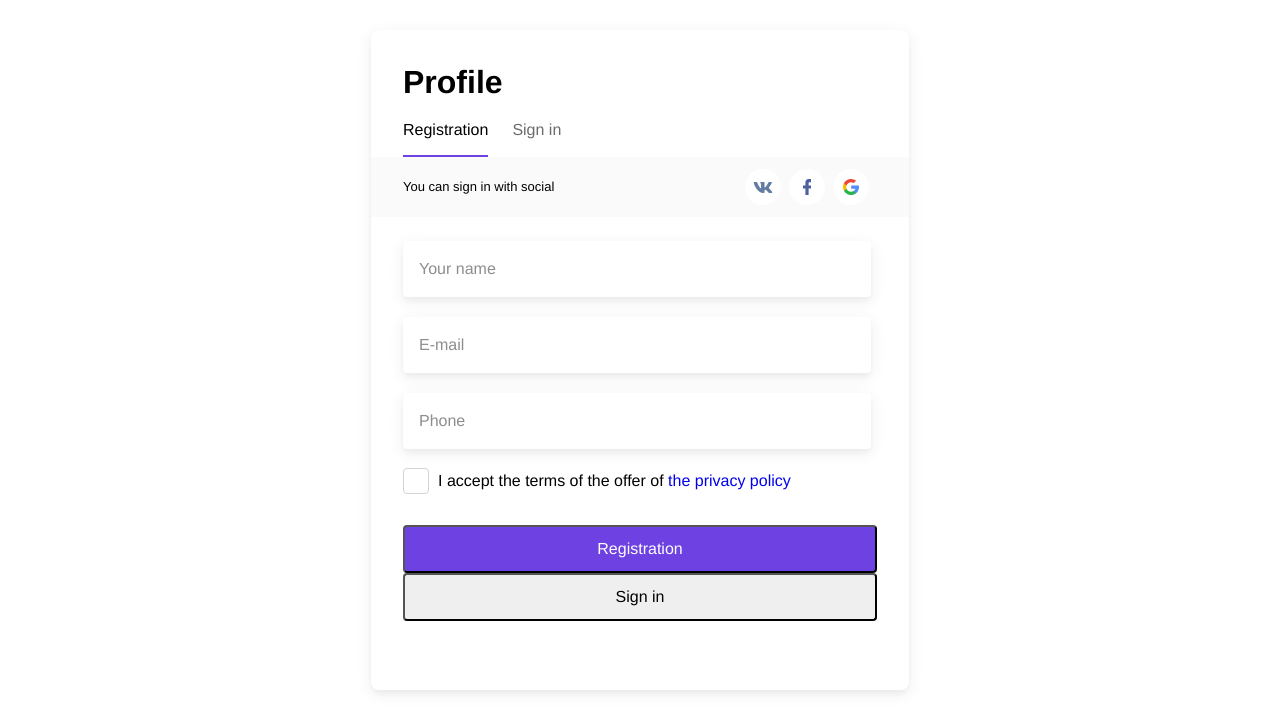
Repository: skydevil1604/vue-test-app
Page: /
These files come from the project's save history. The page is drawn as it stood at one moment and after the next save; the edit follows.
The browser window is 1280 px wide. The pictures show the whole page.
The project was rebuilt for these pictures with package versions that can differ from the ones it lists, and the page was loaded fresh each time.

Above is the page before, as saved 2020-04-06 15:53:35.

### public/index.html
<!DOCTYPE html>
<html lang="en">
  <head>
    <meta charset="utf-8">
    <meta http-equiv="X-UA-Compatible" content="IE=edge">
    <meta name="viewport" content="width=device-width,initial-scale=1.0">
    <link rel="icon" href="<%= BASE_URL %>favicon.ico">
    <link rel="stylesheet" href="../src/assets/normalize.css">
    <title><%= htmlWebpackPlugin.options.title %></title>
  </head>
  <body>
    <noscript>
      <strong>We're sorry but <%= htmlWebpackPlugin.options.title %> doesn't work properly without JavaScript enabled. Please enable it to continue.</strong>
    </noscript>
    <div id="app"></div>
    <!-- built files will be auto injected -->
  </body>
</html>

### src/App.vue
<template>
  <div id="app">
    <AuthenticationForm />
  </div>
</template>

<script>
import AuthenticationForm from './components/AuthenticationForm';

export default {
  name: 'App',
  components: {
    AuthenticationForm
  }
}
</script>

<style>
#app {
  font-family: Avenir, Helvetica, Arial, sans-serif;
  -webkit-font-smoothing: antialiased;
  -moz-osx-font-smoothing: grayscale;
  text-align: center;
  display: flex;
  height: 100vh;
}
</style>

### src/components/AuthenticationForm.vue
<template>
    <div class="authentication">
        <h1 class="authentication__header">Profile</h1>
        <Tabs>
            <Tab name="Registration">
                <RegistrationComponent />
            </Tab>
            <Tab name="Sign in">
                <LoginComponent :validate="false"/>
            </Tab>
        </Tabs>
    </div>
</template>
<script>
import Tabs from '@/components/Tabs';
import Tab from '@/components/Tab';
import LoginComponent from '@/components/Login';
import RegistrationComponent from '@/components/Registration';

export default {
    name: 'AuthenticationForm',
    components: {
        Tabs,
        Tab,
        LoginComponent,
        RegistrationComponent,
    }
}
</script>

<style lang="scss" scoped>
    .authentication {
        margin: auto;
        width: 474px;
        height: 628px;
        background: #FFFFFF;
        box-shadow: 0px 4px 16px rgba(51, 51, 51, 0.08), 0px 4px 4px rgba(51, 51, 51, 0.04);
        border-radius: 8px;
        padding-top: 32px;
        padding-left: 32px;
        padding-right: 32px;

            &__header {
                text-align: left;
                font-style: normal;
                font-weight: bold;
                font-size: 32px;
                line-height: 40px;
                margin: 0;
            }
    }
</style>

### src/components/Tabs.vue
<template>
    <div class="tabs">
        <ul class="tabs__list">
            <li
                v-for="(item, index) in items"
                :key="index"
                :class="item.active ? 'tabs__listitem tabs__listitem--active': 'tabs__listitem'"
                >
                <a
                    :href="item.hash"
                    class="tabs__itemlink"
                    v-text="item.name"
                    @click.prevent="showTab(item.hash)">
                </a>
            </li>
        </ul>
        <section class="tabs__content">
            <slot />
        </section>
    </div>
</template>
<script>
export default {
    name: 'Tabs',
    data() {
        return {
            items: [],
            selected: '',
        }
    },
    methods: {
        showTab(target) {
            this.items.forEach(item => item.active = (item.hash === target))
        },
    },
    created() {
        this.items = this.$children
    },
    mounted() {
        const startItem = this.items.findIndex(item => item.start)
        this.items[startItem > 0 ? startItem : 0].active = true;
    }
}
</script>
<style lang="scss" scoped>
.tabs {
    display: flex;
    flex-direction: column;
    &__list {
        display: flex;
        flex-direction: row;
        padding: 0;
        margin-bottom: 0;
        list-style-type: none;
    }
    &__listitem {
        min-width: 50px;
        color: black;
        font-size: 16px;
        line-height: 24px;
        padding-bottom: 15px;
        color: #6B6B6B;
        &--active {
            border-top-width: 6px;
            color: black;
            box-shadow: inset 0px -2px 0px #6E41E2;
        }
        &:first-child {
            border-top-left-radius: 5px;
            margin-right: 24px;
        }
        &:last-child {
            border-top-right-radius: 5px;
        }
    }
    &__itemlink {
        flex: 1;
        display: flex;
        align-items: center;
        text-decoration: none;
        font-size: inherit;
        color: inherit;
    }
}
</style>

### src/components/Tab.vue
<template>
    <div
        :id="hash"
        v-show="active">
        <slot />
    </div>
</template>
<script>
export default {
    name: 'Tab',
    props: {
        name: {
            type: String,
            required: true,
        },
        start: {
            type: Boolean,
            default: false,
        },
    },
    data() {
        return {
            active: false,
        }
    },
    computed: {
        hash() {
            return '%23' + this.name.toLowerCase().replace(/ /g, '-');
        },
    },
}
</script>

### src/components/Login.vue
<template>
  <div class="form-wrapper">
    <div class="social">
      <div class="social__text">You can sign in with social</div>
      <div class="social__items">
        <a class="social__item social__item--vkontakte" href="#">
          <svg width="20" height="11" viewBox="0 0 20 11" fill="none" xmlns="http://www.w3.org/2000/svg">
            <path d="M18.8002 0.74C18.9302 0.32 18.8002 0 18.1802 0H16.1602C15.6402 0 15.4102 0.27 15.2802 0.57C15.2802 0.57 14.2502 3.08 12.7902 4.72C12.3102 5.19 12.1002 5.34 11.8402 5.34C11.7102 5.34 11.5002 5.19 11.5002 4.76V0.74C11.5002 0.23 11.3802 0 10.9502 0H7.7602C7.4402 0 7.2502 0.24 7.2502 0.47C7.2502 0.95 8.0002 1.07 8.0502 2.44V5.42C8.0502 6.08 7.9302 6.2 7.6802 6.2C7.0002 6.2 5.3202 3.67 4.3302 0.79C4.1302 0.23 3.9402 0 3.4202 0H1.3902C0.820195 0 0.700195 0.27 0.700195 0.57C0.700195 1.11 1.3902 3.77 3.9002 7.29C5.5702 9.7 7.9302 11 10.0802 11C11.3702 11 11.5302 10.71 11.5302 10.21V8.39C11.5302 7.82 11.6502 7.7 12.0602 7.7C12.3602 7.7 12.8702 7.85 14.0702 9C15.4502 10.38 15.6702 11 16.4502 11H18.4702C19.0502 11 19.3402 10.71 19.1802 10.14C19.0002 9.57 18.3402 8.74 17.4702 7.76C17.0002 7.21 16.2902 6.61 16.0702 6.3C15.7702 5.92 15.8602 5.75 16.0702 5.4C16.0702 5.4 18.5402 1.93 18.8002 0.74Z" fill="#627DA1"/>
          </svg>
        </a>
        <a class="social__item social__item--facebook" href="#">
          <svg width="8" height="16" viewBox="0 0 8 16" fill="none" xmlns="http://www.w3.org/2000/svg">
            <path d="M8 0V3.2H6.4C5.848 3.2 5.6 3.848 5.6 4.4V6.4H8V9.6H5.6V16H2.4V9.6H0V6.4H2.4V3.2C2.4 2.35131 2.73714 1.53737 3.33726 0.937258C3.93737 0.337142 4.75131 0 5.6 0H8Z" fill="#4B629E"/>
          </svg>
        </a>
        <a class="social__item social__item--google" href="#">
          <svg width="24" height="24" viewBox="0 0 24 24" fill="none" xmlns="http://www.w3.org/2000/svg">
            <rect x="4" y="4" width="15.9995" height="15.9998" fill="white" fill-opacity="0.01"/>
            <path d="M7.54632 13.6683L6.9894 15.7474L4.95387 15.7905C4.34554 14.6621 4.00049 13.3712 4.00049 11.9993C4.00049 10.6727 4.3231 9.42177 4.89496 8.32025H4.8954L6.70759 8.6525L7.50144 10.4538C7.33529 10.9382 7.24473 11.4582 7.24473 11.9993C7.2448 12.5866 7.35117 13.1492 7.54632 13.6683Z" fill="#FBBB00"/>
            <path d="M19.8604 10.5052C19.9523 10.9891 20.0002 11.4889 20.0002 11.9997C20.0002 12.5724 19.9399 13.1311 19.8252 13.67C19.4358 15.5038 18.4182 17.1051 17.0086 18.2383L17.0082 18.2378L14.7256 18.1214L14.4026 16.1047C15.3379 15.5561 16.0689 14.6977 16.454 13.67H12.1763V10.5052H16.5164H19.8604Z" fill="#518EF8"/>
            <path d="M17.0077 18.2383L17.0082 18.2387C15.6373 19.3407 13.8957 20 12 20C8.95349 20 6.30479 18.2972 4.95361 15.7913L7.54607 13.6692C8.22164 15.4722 9.96093 16.7557 12 16.7557C12.8764 16.7557 13.6975 16.5188 14.4021 16.1052L17.0077 18.2383Z" fill="#28B446"/>
            <path d="M17.1068 5.84172L14.5152 7.96344C13.786 7.50763 12.924 7.24433 12.0005 7.24433C9.91533 7.24433 8.14351 8.58671 7.50178 10.4544L4.8957 8.32081H4.89526C6.22666 5.75382 8.90877 4 12.0005 4C13.9416 4 15.7213 4.69143 17.1068 5.84172Z" fill="#F14336"/>
          </svg>
        </a>
      </div>
    </div>
    <form class="form" action="#">
      <input class="form__item" type="email" name="email" id="email" placeholder="E-mail" >
      <input class="form__item" type="password" name="password" id="password" placeholder="Password">
    </form>
  </div>
</template>

<script>


export default {
  name: 'LoginComponent',
};
</script>
<style lang="scss">
  .social {
    height: 60px;
    display: flex;
    justify-content: space-between;
    background: #FAFAFA;
    align-items: center;
    width: 474px;
    margin-left: -32px;
    padding-left: 32px;
    padding-right: 32px;
    margin-bottom: 24px;

      &__text {
        font-style: normal;
        font-weight: normal;
        font-size: 13px;
        line-height: 20px;
      }

      &__items {
        display: flex;
        align-items: center;
      }

      &__item {
        width: 36px;
        height: 36px;
        border-radius: 50%;
        background-color: #ffffff;
        margin-right: 8px;
        display: flex;

          & svg {
            margin: auto;
          }
      }
  }
</style>

### src/components/Registration.vue
<template>
  <div class="form-wrapper">
    <div class="social">
      <div class="social__text">You can sign in with social</div>
      <div class="social__items">
        <a class="social__item social__item--vkontakte" href="#">
          <svg width="20" height="11" viewBox="0 0 20 11" fill="none" xmlns="http://www.w3.org/2000/svg">
            <path d="M18.8002 0.74C18.9302 0.32 18.8002 0 18.1802 0H16.1602C15.6402 0 15.4102 0.27 15.2802 0.57C15.2802 0.57 14.2502 3.08 12.7902 4.72C12.3102 5.19 12.1002 5.34 11.8402 5.34C11.7102 5.34 11.5002 5.19 11.5002 4.76V0.74C11.5002 0.23 11.3802 0 10.9502 0H7.7602C7.4402 0 7.2502 0.24 7.2502 0.47C7.2502 0.95 8.0002 1.07 8.0502 2.44V5.42C8.0502 6.08 7.9302 6.2 7.6802 6.2C7.0002 6.2 5.3202 3.67 4.3302 0.79C4.1302 0.23 3.9402 0 3.4202 0H1.3902C0.820195 0 0.700195 0.27 0.700195 0.57C0.700195 1.11 1.3902 3.77 3.9002 7.29C5.5702 9.7 7.9302 11 10.0802 11C11.3702 11 11.5302 10.71 11.5302 10.21V8.39C11.5302 7.82 11.6502 7.7 12.0602 7.7C12.3602 7.7 12.8702 7.85 14.0702 9C15.4502 10.38 15.6702 11 16.4502 11H18.4702C19.0502 11 19.3402 10.71 19.1802 10.14C19.0002 9.57 18.3402 8.74 17.4702 7.76C17.0002 7.21 16.2902 6.61 16.0702 6.3C15.7702 5.92 15.8602 5.75 16.0702 5.4C16.0702 5.4 18.5402 1.93 18.8002 0.74Z" fill="#627DA1"/>
          </svg>
        </a>
        <a class="social__item social__item--facebook" href="#">
          <svg width="8" height="16" viewBox="0 0 8 16" fill="none" xmlns="http://www.w3.org/2000/svg">
            <path d="M8 0V3.2H6.4C5.848 3.2 5.6 3.848 5.6 4.4V6.4H8V9.6H5.6V16H2.4V9.6H0V6.4H2.4V3.2C2.4 2.35131 2.73714 1.53737 3.33726 0.937258C3.93737 0.337142 4.75131 0 5.6 0H8Z" fill="#4B629E"/>
          </svg>
        </a>
        <a class="social__item social__item--google" href="#">
          <svg width="24" height="24" viewBox="0 0 24 24" fill="none" xmlns="http://www.w3.org/2000/svg">
            <rect x="4" y="4" width="15.9995" height="15.9998" fill="white" fill-opacity="0.01"/>
            <path d="M7.54632 13.6683L6.9894 15.7474L4.95387 15.7905C4.34554 14.6621 4.00049 13.3712 4.00049 11.9993C4.00049 10.6727 4.3231 9.42177 4.89496 8.32025H4.8954L6.70759 8.6525L7.50144 10.4538C7.33529 10.9382 7.24473 11.4582 7.24473 11.9993C7.2448 12.5866 7.35117 13.1492 7.54632 13.6683Z" fill="#FBBB00"/>
            <path d="M19.8604 10.5052C19.9523 10.9891 20.0002 11.4889 20.0002 11.9997C20.0002 12.5724 19.9399 13.1311 19.8252 13.67C19.4358 15.5038 18.4182 17.1051 17.0086 18.2383L17.0082 18.2378L14.7256 18.1214L14.4026 16.1047C15.3379 15.5561 16.0689 14.6977 16.454 13.67H12.1763V10.5052H16.5164H19.8604Z" fill="#518EF8"/>
            <path d="M17.0077 18.2383L17.0082 18.2387C15.6373 19.3407 13.8957 20 12 20C8.95349 20 6.30479 18.2972 4.95361 15.7913L7.54607 13.6692C8.22164 15.4722 9.96093 16.7557 12 16.7557C12.8764 16.7557 13.6975 16.5188 14.4021 16.1052L17.0077 18.2383Z" fill="#28B446"/>
            <path d="M17.1068 5.84172L14.5152 7.96344C13.786 7.50763 12.924 7.24433 12.0005 7.24433C9.91533 7.24433 8.14351 8.58671 7.50178 10.4544L4.8957 8.32081H4.89526C6.22666 5.75382 8.90877 4 12.0005 4C13.9416 4 15.7213 4.69143 17.1068 5.84172Z" fill="#F14336"/>
          </svg>
        </a>
      </div>
    </div>
    <form class="form" action="#">
      <input class="form__item" type="text" name="name" id="name" placeholder="Your name">
      <input class="form__item" type="email" name="email" id="email" placeholder="E-mail" >
      <input class="form__item" type="tel" name="tel" id="tel" placeholder="Phone">
      <div class="checkbox">
        <input type="checkbox" id="acception">
        <label for="acception">
          I accept the terms of the offer of <a href="#">the privacy policy</a>
        </label>
      </div>
      <button class="button button--reg" type="submit">Registration</button>
      <button class="button button--sign" type="submit">Sign in</button>
    </form>
  </div>
</template>

<script>


export default {
  name: 'RegistrationComponent',
}
</script>

<style lang="scss">

  @mixin placeholder {
    &::-webkit-input-placeholder { color: rgba(17, 17, 17, 0.48) }
    &:-moz-placeholder           { color: rgba(17, 17, 17, 0.48) }
    &::-moz-placeholder          { color: rgba(17, 17, 17, 0.48) }
    &:-ms-input-placeholder      { color: rgba(17, 17, 17, 0.48) }
}
  @mixin placeholder-move-on-focus {
    &:focus::-webkit-input-placeholder { line-height: 20px;  transition: line-height 0.5s ease; }
    &:focus:-moz-placeholder           { line-height: 20px;  transition: line-height 0.5s ease; }
    &:focus::-moz-placeholder          { line-height: 20px;  transition: line-height 0.5s ease; }
    &:focus:-ms-input-placeholder      { line-height: 20px;  transition: line-height 0.5s ease; }
    &:focus::-webkit-input-placeholder { line-height: 100px; transition: line-height 0.5s ease; }
    &:focus:-moz-placeholder           { line-height: 100px; transition: line-height 0.5s ease; }
    &:focus::-moz-placeholder          { line-height: 100px; transition: line-height 0.5s ease; }
    &:focus:-ms-input-placeholder      { line-height: 100px; transition: line-height 0.5s ease; }
}

  .form {
    display: flex;
    flex-direction: column;

      &__item {
        width: 92%;
        box-shadow: 0px 4px 16px rgba(51, 51, 51, 0.08), 0px 4px 4px rgba(51, 51, 51, 0.04);
        border-radius: 4px;
        font-style: normal;
        font-weight: normal;
        font-size: 16px;
        line-height: 24px;
        color: #111111;
        padding: 16px;
        margin-bottom: 20px;
        outline: none;
        border: none;
        @include placeholder;
        @include placeholder-move-on-focus;
      }

      .checkbox {
        text-align: left;
        margin-bottom: 32px;

          & label {
            font-size: 16px;
            line-height: 24px;
            color: #000000;

              & a {
                text-decoration: none;
              }
          }
      }

      .button {
        font-size: 16px;
        line-height: 24px;
        padding-top: 10px;
        padding-bottom: 10px;
        border-radius: 4px;

          &--reg {
            background: #6E41E2;
            color: #ffffff;
          }
      }

      input[type="checkbox"]:checked,
      input[type="checkbox"]:not(:checked) {
        position: absolute;
        left: -9999px;
      }
      input[type="checkbox"]:checked + label,
      input[type="checkbox"]:not(:checked) + label {
        display: inline-block;
        position: relative;
        padding-left: 35px;
        cursor: pointer;
      }
      input[type="checkbox"]:checked + label:before,
      input[type="checkbox"]:not(:checked) + label:before {
        content: "";
        position: absolute;
        left: 0px;
        top: -1px;
        width: 24px;
        height: 24px;
        border: 1px solid #D4D4D4;
        border-radius: 4px;
      }
      input[type="checkbox"]:checked + label:after,
      input[type="checkbox"]:not(:checked) + label:after {
        content: "";
        position: absolute;
        -webkit-transition: all 0.2s ease;
        -moz-transition: all 0.2s ease;
        -o-transition: all 0.2s ease;
        transition: all 0.2s ease;
        left: 6px;
        top: 6px;
        width: 10px;
        height: 5px;
        border-radius: 1px;
        border-left: 4px solid grey;
        border-bottom: 4px solid grey;
        -webkit-transform: rotate(-45deg);
        -moz-transform: rotate(-45deg);
        -o-transform: rotate(-45deg);
        -ms-transform: rotate(-45deg);
        transform: rotate(-45deg);
      }
      input[type="checkbox"]:not(:checked) + label:after {
        opacity: 0;
      }
      input[type="checkbox"]:checked + label:after {
        opacity: 1;
      }
  }
</style>

Loaded but not shown: src/main.js (common file); src/assets/normalize.css (library)

After the next save:
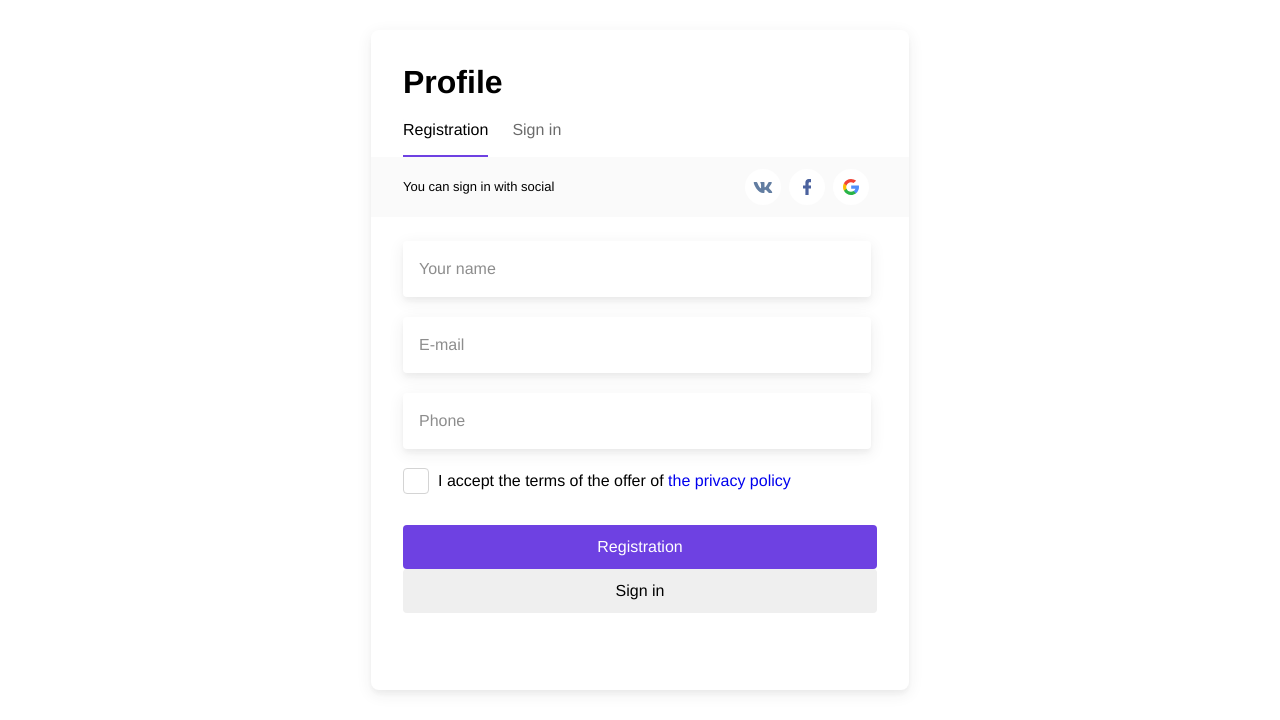
Saved 24 s later.
--- a/src/components/Registration.vue
+++ b/src/components/Registration.vue
@@ -109,6 +109,8 @@ export default {
         padding-top: 10px;
         padding-bottom: 10px;
         border-radius: 4px;
+        border: none;
+        outline: none;
 
           &--reg {
             background: #6E41E2;
